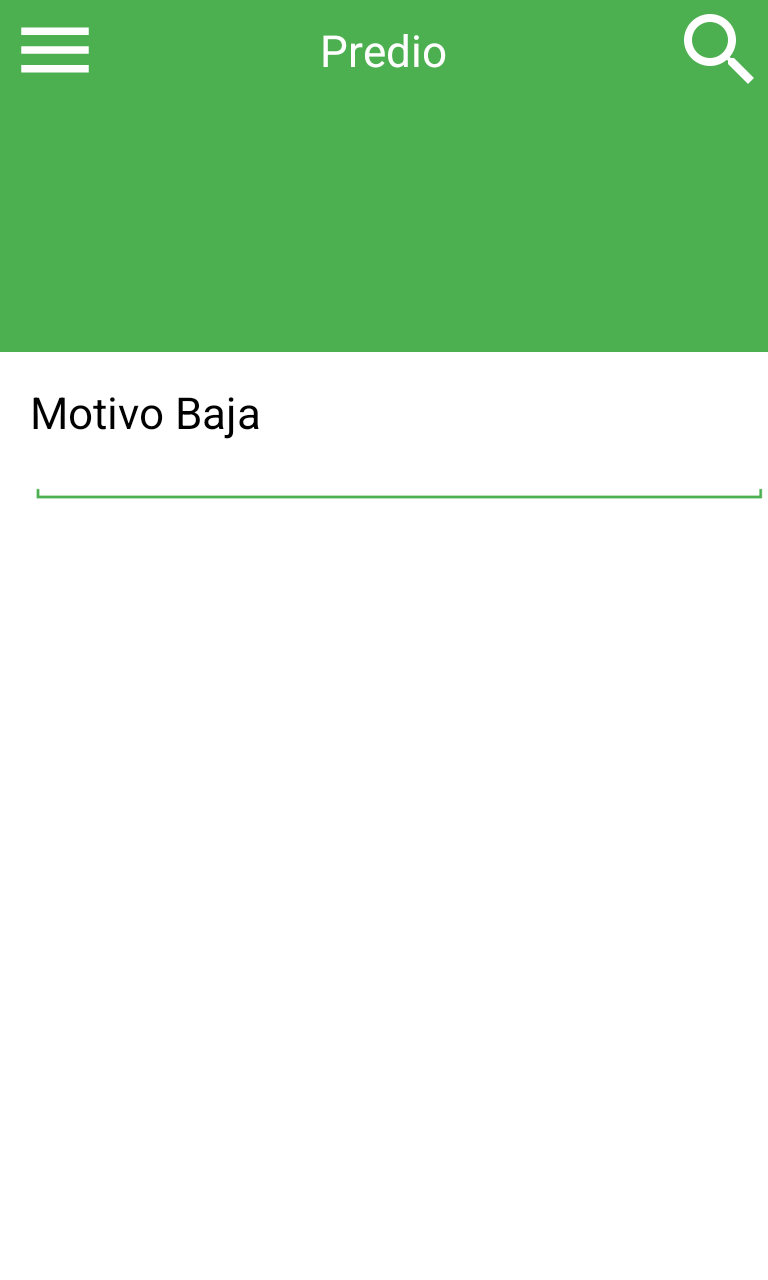
Repository: danielctf/Chilterra
Layout: Proyectos/Animales/res/layout/activity_baja_ganado.xml
An editor plug-in stored every save of this project. The layout is shown before and after the next save, followed by the edit.
It is drawn on a 768 x 1280 px phone screen (xhdpi) without system bars, with theme AppTheme; the app's code is not run.

Above is the layout before, as saved 2015-10-09 14:45:09.

After the next save:
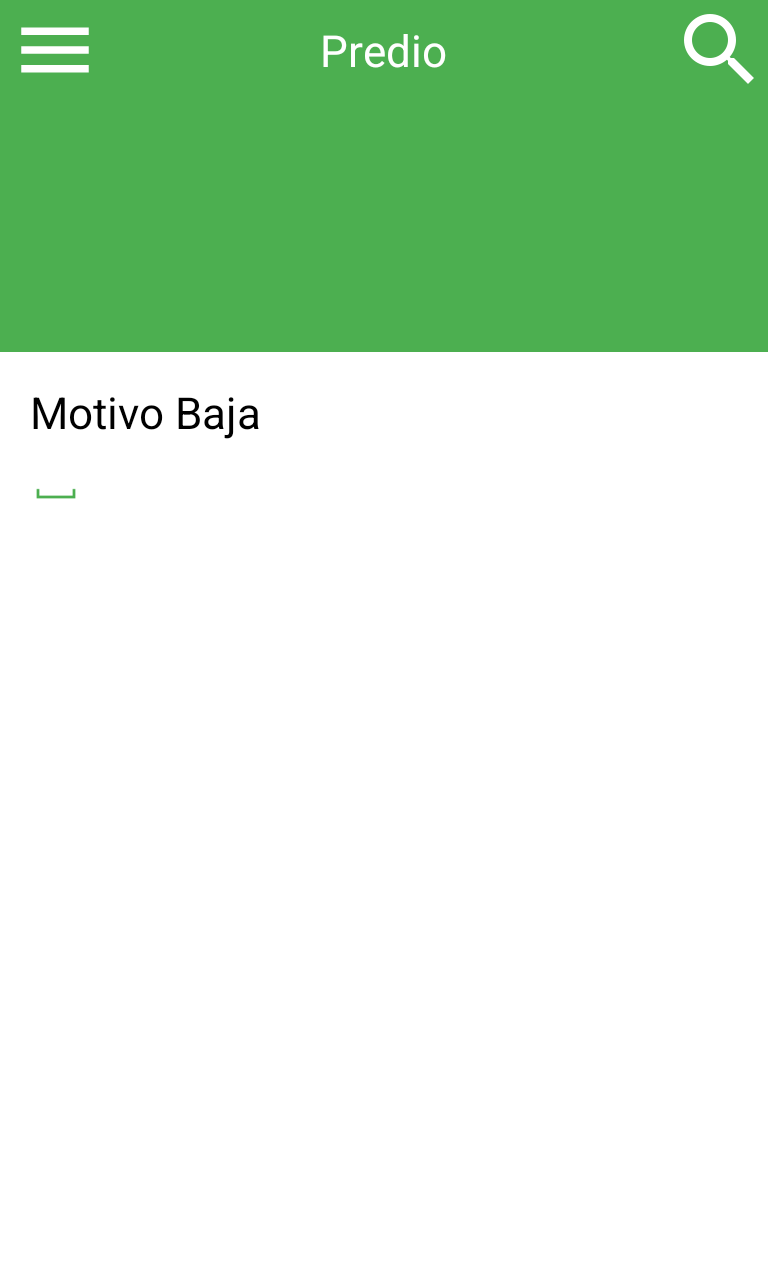
Saved 20 s later.
--- a/Proyectos/Animales/res/layout/activity_baja_ganado.xml
+++ b/Proyectos/Animales/res/layout/activity_baja_ganado.xml
@@ -75,7 +75,7 @@
 
         <Spinner
             android:id="@+id/spinner1"
-            android:layout_width="400dp"
+            android:layout_width="wrap_content"
             android:layout_height="wrap_content"
             android:layout_alignLeft="@+id/textView1"
             android:background="@drawable/apptheme_textfield_activated_holo_light"
